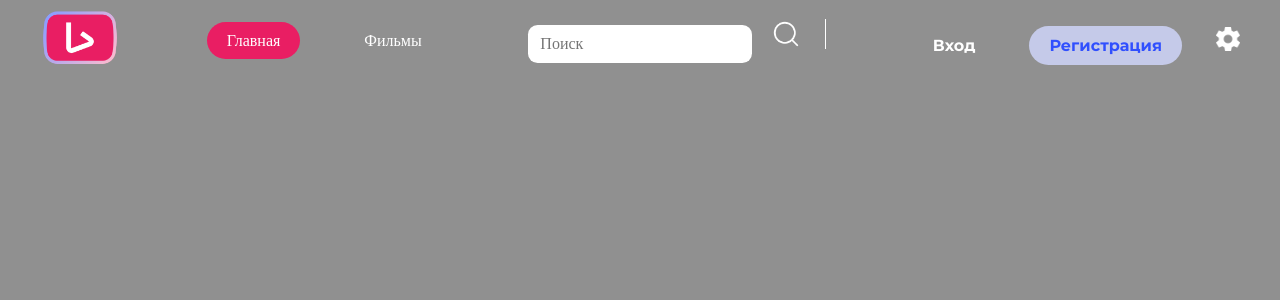
Repository: shilovnikita777/Web1Lab
Page: index.html
These files come from the project's save history. The page is drawn as it stood at one moment and after the next save; the edit follows.
The browser window is 1280 px wide. The pictures show the whole page.

Above is the page before, as saved 2022-10-08 11:14:28.

After the next save:
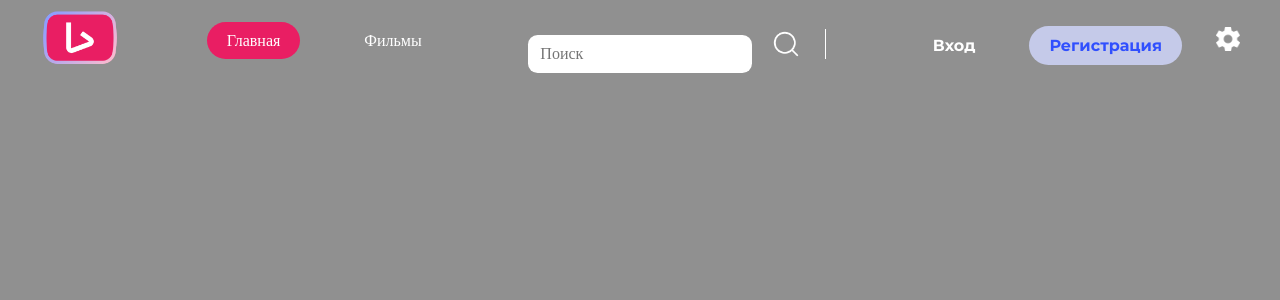
Saved 30 s later.
--- a/css/header.css
+++ b/css/header.css
@@ -83,9 +83,9 @@
     margin-right: 20px;
 }
 
-/* .img-search {
+.img-search {
     padding-top: 20px;
-} */
+}
 
 .search-field {
     width: 100%;

After the 3 saves that followed:
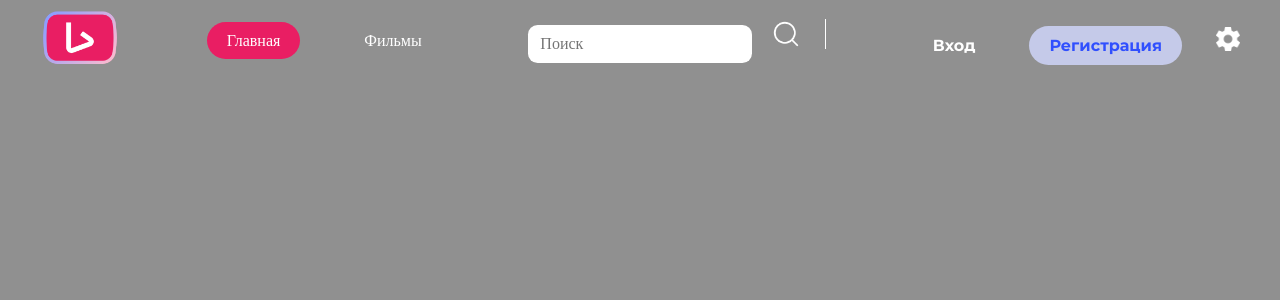
The 3 saves are shown as one change because they came seconds apart.
The last was saved 7 s later.
--- a/css/header.css
+++ b/css/header.css
@@ -84,7 +84,7 @@
 }
 
 .img-search {
-    padding-top: 20px;
+    align-self: center;
 }
 
 .search-field {
